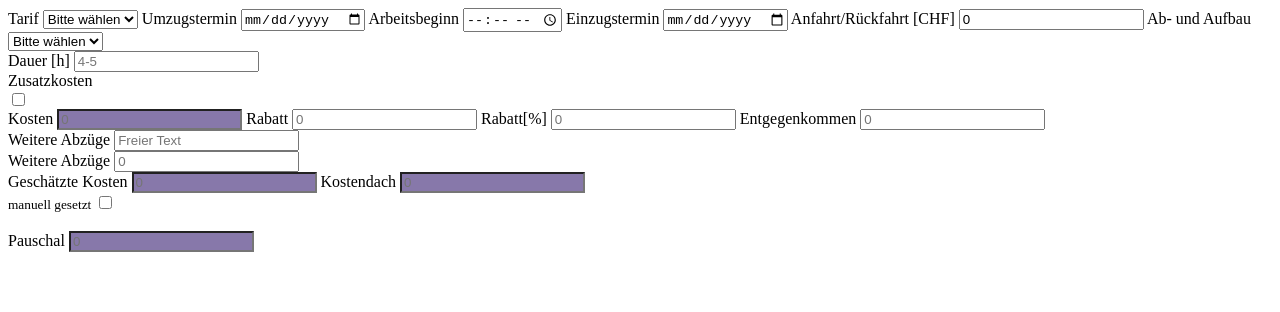
Repository: oguzhansade/SwissTransport
Page: resources/views/front/offer/offerUmzug2.blade.php
An editor plug-in stored every save of this project. The page is shown before and after the next save, followed by the edit.
The browser window is 1280 px wide. The pictures show the whole page.
The page is served by the project's Laravel application, run on PHP 8.4 with Laravel 9. Other server files are loaded and not shown. The template is opened directly, without the code that normally fills it, so the values that code supplies are empty.

Above is the page before, as saved 2023-02-04 14:12:06.

### resources/views/front/offer/offerUmzug2.blade.php
<div class="row p-3">
    <div class="col-md-6">
        <label class=" col-form-label" for="l0">Tarif</label>
        <select class="form-control" class="umzugTariff2" name="umzugTariff" id="umzugTariff" >
            <option data-selection="bos" value>Bitte wählen</option>
            @foreach (\App\Models\Tariff::getList(1) as $key=>$value )
                <option data-selection="0" data-ma="{{ $value['ma'] }}" data-lkw="{{ $value['lkw'] }}" data-an="{{ $value['anhanger'] }}" data-chf ="{{ $value['chf'] }}" value="{{ $value['id'] }}">{{ $value['description'] }}</option>
            @endforeach
        </select>

        <div class="row umzug--tariffs--area umzug-tarif-area" style="display: none;">
            <div class="col">
                <label class=" col-form-label" for="l0">MA</label>
                <input class="form-control"  name="umzug1ma" placeholder="0"  type="number" >
            </div>
            <div class="col">
                <label class=" col-form-label" for="l0">LKW</label>
                <input class="form-control"  name="umzug1lkw" placeholder="0"  type="number" >
            </div>
            <div class="col">
                <label class=" col-form-label" for="l0">Anhänger</label>
                <input class="form-control"  name="umzug1anhanger" placeholder="0"  type="number" >
            </div>
            <div class="col">
                <label class=" col-form-label" for="l0">CHF-Ansatz</label>
                <input class="form-control" id="umzug1chf"  name="umzug1chf" placeholder="0"  type="number" value="0">
            </div>
        </div>

        <label class=" col-form-label" for="l0">Umzugstermin</label>
        <input class="form-control" class="date"  name="umzugausdate"  type="date" >

        <label class=" col-form-label" for="l0">Arbeitsbeginn</label>
        <input class="form-control" class="time"  name="umzug1time"  type="time" >

        <label class=" col-form-label" for="l0">Einzugstermin</label>
        <input class="form-control" class="date"  name="umzugeindate"  type="date" >

        <label class=" col-form-label" for="l0">Anfahrt/Rückfahrt [CHF]</label>
        <input class="form-control" class="date"  name="umzugroadChf"  type="number" value="0">

        <label class=" col-form-label" for="l0">Ab- und Aufbau</label>
        <select class="form-control" class="umzugMontaj" name="umzugMontaj" id="umzugMontaj" >
            <option value="1">Bitte wählen</option>
            <option value="2">Kunde</option>
            <option value="3">Firma</option>
        </select>
    </div>
    <div class="col-md-6">
        <label class="col-form-label" for="l0">Dauer [h]</label>
        <input class="form-control"  name="umzugHours" placeholder="4-5"  type="text" >

        <div class="extra-cost mt-1">
            <label for="" class="col-form-label">Zusatzkosten</label><br>
            <input type="checkbox" name="isExtra" id="isExtra" class="js-switch " data-color="#9c27b0" data-switchery="false" >
        </div>

        <div class="extra--cost--area" style="display: none;">

            <div class="form-group">
                <div class="row">
                    <div class="col-md-7">
                        <div class="checkbox checkbox-rounded checkbox-color-scheme">
                            <label class="checkbox">
                                <input type="checkbox" name="masraf"> <span class="label-text text-dark"><strong>Spesen</strong></span>
                            </label>
                        </div>
                    </div>
                    <div class="col-md-5">
                        <input class="form-control" name="extra1" type="number" value="10">
                    </div>
                </div>

                <div class="row">
                    <div class="col-md-7">
                        <div class="checkbox checkbox-rounded checkbox-color-scheme">
                            <label class="checkbox">
                                <input type="checkbox" name="masraf1"> <span class="label-text text-dark"><strong>Klavier 250.-</strong></span>
                            </label>
                        </div>
                    </div>
                    <div class="col-md-5">
                        <input class="form-control" name="extra2" type="number" value="250">
                    </div>
                </div>

                <div class="row">
                    <div class="col-md-7">
                        <div class="checkbox checkbox-rounded checkbox-color-scheme">
                            <label class="checkbox">
                                <input type="checkbox" name="masraf2"> <span class="label-text text-dark"><strong>Klavier 350.-</strong></span>
                            </label>
                        </div>
                    </div>
                    <div class="col-md-5">
                        <input class="form-control" name="extra3" type="number" value="350">
                    </div>
                </div>

                <div class="row">
                    <div class="col-md-7">
                        <div class="checkbox checkbox-rounded checkbox-color-scheme">
                            <label class="checkbox">
                                <input type="checkbox" name="masraf3"> <span class="label-text text-dark"><strong>Möbellift 0.-</strong></span>
                            </label>
                        </div>
                    </div>
                    <div class="col-md-5">
                        <input class="form-control" name="extra4" type="number" value="0">
                    </div>
                </div>

                <div class="row">
                    <div class="col-md-7">
                        <div class="checkbox checkbox-rounded checkbox-color-scheme">
                            <label class="checkbox">
                                <input type="checkbox" name="masraf4"> <span class="label-text text-dark"><strong>Möbellift 250.-</strong></span>
                            </label>
                        </div>
                    </div>
                    <div class="col-md-5">
                        <input class="form-control" name="extra5" type="number" value="250">
                    </div>
                </div>

                <div class="row">
                    <div class="col-md-7">
                        <div class="checkbox checkbox-rounded checkbox-color-scheme">
                            <label class="checkbox">
                                <input type="checkbox" name="masraf5"> <span class="label-text text-dark"><strong>Möbellift 350.-</strong></span>
                            </label>
                        </div>
                    </div>
                    <div class="col-md-5">
                        <input class="form-control" name="extra6" type="number" value="350">
                    </div>
                </div>

                <div class="row">
                    <div class="col-md-7">
                        <div class="checkbox checkbox-rounded checkbox-color-scheme">
                            <label class="checkbox">
                                <input type="checkbox" name="masraf6"> <span class="label-text text-dark"><strong>Schwergutzuschlag 150.-</strong></span>
                            </label>
                        </div>
                    </div>
                    <div class="col-md-5">
                        <input class="form-control" name="extra7" type="number" value="150">
                    </div>
                </div>

                <div class="row">
                    <div class="col-md-7">
                        <div class="checkbox checkbox-rounded checkbox-color-scheme">
                            <label class="checkbox">
                                <input type="checkbox" name="masraf7"> <span class="label-text text-dark"><strong>Schwergutzuschlag 250.-</strong></span>
                            </label>
                        </div>
                    </div>
                    <div class="col-md-5">
                        <input class="form-control" name="extra8" type="number" value="250">
                    </div>
                </div>

                <div class="row">
                    <div class="col-md-7">
                        <div class="checkbox checkbox-rounded checkbox-color-scheme">
                            <label class="checkbox">
                                <input type="checkbox" name="masraf8"> <span class="label-text text-dark"><strong>Tresor 350.-</strong></span>
                            </label>
                        </div>
                    </div>
                    <div class="col-md-5">
                        <input class="form-control" name="extra9" type="number" value="350">
                    </div>
                </div>

                <div class="row">
                    <div class="col-md-7">
                        <div class="checkbox checkbox-rounded checkbox-color-scheme">
                            <label class="checkbox">
                                <input type="checkbox" name="masraf9"> <span class="label-text text-dark"><strong>Tresor 450.-</strong></span>
                            </label>
                        </div>
                    </div>
                    <div class="col-md-5">
                        <input class="form-control" name="extra10" type="number" value="450">
                    </div>
                </div>

                <div class="row">
                    <div class="col-md-7">
                        <div class="checkbox checkbox-rounded checkbox-color-scheme">
                            <label class="checkbox">
                                <input type="checkbox" name="masraf10"> <span class="label-text text-dark"><strong>Wasserbett</strong></span>
                            </label>
                        </div>
                    </div>
                    <div class="col-md-5">
                        <input class="form-control" name="extra11" type="number" value="500">
                    </div>
                </div>

                <div class="row ">
                    <div class="col-md-7">
                        <input class="form-control"  name="extra12CostText" placeholder="Freier Text"  type="text" >
                    </div>
                    <div class="col-md-5">
                        <input class="form-control"  name="extra12Cost" placeholder="0"  type="number" value="0">
                    </div>
                </div>

                <div class="row mt-3">
                    <div class="col-md-7">
                        <input class="form-control"  name="extra13CostText" placeholder="Freier Text"  type="text" >
                    </div>
                    <div class="col-md-5">
                        <input class="form-control"  name="extra13Cost" placeholder="0"  type="number" value="0">
                    </div>
                </div>
            </div>
        </div>

        <label class="col-form-label mt-1 " for="l0">Kosten</label>
        <input class="form-control" id="umzugCost"  name="umzugCost" placeholder="0"  type="text" style="background-color: #8778aa;color:white;">

        <label class="col-form-label" for="l0">Rabatt</label>
        <input class="form-control"  name="umzugDiscount" placeholder="0"  type="number" >

        <label class="col-form-label" for="l0">Rabatt[%]</label>
        <input class="form-control"  name="umzugDiscountPercent" placeholder="0"  type="number" >

        <label class="col-form-label" for="l0">Entgegenkommen</label>
        <input class="form-control"  name="umzugCompromiser" placeholder="0"  type="number" >

        <div class="row ">
            <div class="col-md-7">
                <label class="col-form-label" for="l0">Weitere Abzüge</label>
                <input class="form-control"  name="umzugExtraDiscountText" placeholder="Freier Text"  type="text" >
            </div>
            <div class="col-md-5">
                <label class="col-form-label" for="l0">Weitere Abzüge</label>
                <input class="form-control"  name="umzugExtraDiscount" placeholder="0"  type="number" >
            </div>
        </div>

        <label class="col-form-label" for="l0">Geschätzte Kosten</label>
        <input class="form-control"  name="umzugTotalPrice" placeholder="0"  type="text" style="background-color: #8778aa;color:white;">

        <label class="col-form-label" for="l0">Kostendach</label>
        <input class="form-control"  name="umzugTopPrice" placeholder="0"  type="number" style="background-color: #8778aa;color:white;">

        <div class="mt-2">
            <small class=" text-primary">manuell gesetzt</small>
            <input type="checkbox" name="isUmzugMTPrice" id="isUmzugMTPrice" class="js-switch mt-1" data-color="#9c27b0" data-size="small" data-switchery="false" >
        </div> <br>


        <label class="col-form-label" for="l0">Pauschal</label>
        <input class="form-control"  name="umzugDefaultPrice" placeholder="0"  type="number" style="background-color: #8778aa;color:white;">
    </div>
</div>

@section('offerFooter1')
{{-- Tarife Fiyatları --}}
<script>
    $("select[name=umzugTariff]").on("change",function () {
        let chf = $(this).find(":selected").data("chf");
        let ma = $(this).find(":selected").data("ma");
        let lkw = $(this).find(":selected").data("lkw");
        let anhanger = $(this).find(":selected").data("an");
        let control = $(this).find(":selected").data('selection');
        let spesen = $("input[name=extra1]").val();
        if (control != 'bos')
        {
        $('.umzug-tarif-area').show(300)

        }
        else
        {
        $('input[name=umzug1chf]').val(0);
        $('input[name=umzug1ma]').val(0);
        $('input[name=umzug1lkw]').val(0);
        $('input[name=umzug1anhanger]').val(0);
        $('.umzug-tarif-area').hide(300)
        }

        $('input[name=umzug1chf]').val(chf);
        $('input[name=umzug1ma]').val(ma);
        $('input[name=umzug1lkw]').val(lkw);
        $('input[name=umzug1anhanger]').val(anhanger);
        spesen = ma * 20;
        $("input[name=extra1]").val(spesen);
    })

</script>
{{-- İlave ücret Aç/kapa --}}
<script>
    var extracostbutton = $("div.extra-cost");
    extracostbutton.click(function(){
        if($(this).hasClass("checkbox-checked"))
        {
            $(".extra--cost--area").show(700);
        }
        else{
            $(".extra--cost--area").hide(500);
        }
    })
</script>
<script>
    $(document).ready(function(){
        umzugCost = 0;
        var umzugTotalPrice = 0;
        var umzugTopPrice = 0;
        var umzugDefaultPrice = 0;
        $('input[name=umzugCost]').on('click',function () {
            if ($('input[name=masraf]').is(":checked")){
               var extra1 = parseFloat($('input[name=extra1]').val());
            }
            else {
                extra1 = 0;
            }
            if ($('input[name=masraf1]').is(":checked")){
               var extra2 = parseFloat($('input[name=extra2]').val());
            }
            else {
                extra2 = 0;
            }
            if ($('input[name=masraf2]').is(":checked")){
                var extra3 = parseFloat($('input[name=extra3]').val());
            }
            else {
                extra3 = 0;
            }
            if ($('input[name=masraf3]').is(":checked")){
                var extra4 = parseFloat($('input[name=extra4]').val());
            }
            else {
                extra4 = 0;
            }
            if ($('input[name=masraf4]').is(":checked")){
                var extra5 = parseFloat($('input[name=extra5]').val());
            }
            else {
                extra5 = 0;
            }
            if ($('input[name=masraf5]').is(":checked")){
                var extra6 = parseFloat($('input[name=extra6]').val());
            }
            else {
                extra6 = 0;
            }
            if ($('input[name=masraf6]').is(":checked")){
                var extra7 = parseFloat($('input[name=extra7]').val());
            }
            else {
                extra7 = 0;
            }
            if ($('input[name=masraf7]').is(":checked")){
                var extra8 = parseFloat($('input[name=extra8]').val());
            }
            else {
                extra8 = 0;
            }
            if ($('input[name=masraf8]').is(":checked")){
                var extra9 = parseFloat($('input[name=extra9]').val());
            }
            else {
                extra9 = 0;
            }
            if ($('input[name=masraf9]').is(":checked")){
                var extra10 = parseFloat($('input[name=extra10]').val());
            }
            else {
                extra10 = 0;
            }
            if ($('input[name=masraf10]').is(":checked")){
                var extra11 = parseFloat($('input[name=extra11]').val());
            }
            else {
                extra11 = 0;
            }

            var extra12Cost = parseFloat($('input[name=extra12Cost]').val());
            var extra13Cost = parseFloat($('input[name=extra13Cost]').val());
            var umzugTotalChf = parseFloat($('input[name=umzugroadChf]').val());

            var chf = $('input[name=umzug1chf]').val();
            var Hours = $('input[name=umzugHours]').val();
            let allHours = Hours.split("-");

            let leftHour = parseFloat(allHours[0]);
            let rightHour = parseFloat(allHours[1]);

            umzugCostLeft = chf * leftHour + extra1+extra2+extra3+extra4+extra5+extra6+extra7+extra8+extra9+extra10+extra11+extra12Cost+extra13Cost+umzugTotalChf;
            umzugCostRight = chf * rightHour + extra1+extra2+extra3+extra4+extra5+extra6+extra7+extra8+extra9+extra10+extra11+extra12Cost+extra13Cost+umzugTotalChf;

            if(rightHour){
                $('input[name=umzugCost]').val(umzugCostRight)
            }
            if(leftHour){
                $('input[name=umzugCost]').val(umzugCostLeft)
            }
            if(leftHour && rightHour ){
                $('input[name=umzugCost]').val(umzugCostLeft+'-'+umzugCostRight)
            }
            if(leftHour == null && rightHour == null)
            {
                $('input[name=umzugCost]').val('')
            }



        })
        $('input[name=umzugTotalPrice]').on('click',function () {
            var chf = $('input[name=umzug1chf]').val();
            var Hours = $('input[name=umzugHours]').val();
            let allHours = Hours.split("-");

            let leftHour = parseFloat(allHours[0]);
            let rightHour = parseFloat(allHours[1]);
            var discount = $('input[name=umzugDiscount]').val();
            var discountPercent = $('input[name=umzugDiscountPercent]').val();
            var compromiser = $('input[name=umzugCompromiser]').val();
            var extraDiscount = $('input[name=umzugExtraDiscount]').val();

            umzugTotalPriceLeft = umzugCostLeft - discount - (umzugCostLeft*discountPercent/100) - compromiser - extraDiscount;
            umzugTotalPriceRight = umzugCostRight - discount - (umzugCostLeft*discountPercent/100) - compromiser - extraDiscount;

            if(rightHour){
                $('input[name=umzugTotalPrice]').val(umzugTotalPriceRight)
            }
            if(leftHour){
                $('input[name=umzugTotalPrice]').val(umzugTotalPriceLeft)
            }
            if(leftHour && rightHour ){
                $('input[name=umzugTotalPrice]').val(umzugTotalPriceLeft+'-'+umzugTotalPriceRight)
            }
            if(leftHour == null && rightHour == null)
            {
                $('input[name=umzugTotalPrice]').val('')
            }
        })

        $('input[name=umzugTopPrice]').on('click',function(){

            var chf = $('input[name=umzug1chf]').val();
            var Hours = $('input[name=umzugHours]').val();
            let umzugTotalPrices = $('input[name=umzugTotalPrice]').val();
            umzugTotalPricesARR = umzugTotalPrices.split("-");
            let umzugTotalPrice = 0;

            leftTotal = parseFloat(umzugTotalPricesARR[0]);
            rightTotal = parseFloat(umzugTotalPricesARR[1]);

            if(leftTotal >= rightTotal)
            {
                umzugTotalPrice = leftTotal;
            }
            else if(rightTotal >= leftTotal)
            {
                umzugTotalPrice = rightTotal;
            }
            else{
                umzugTotalPrice = parseFloat($('input[name=umzugTotalPrice]').val());
            }

            if($('input[name=isUmzugMTPrice]').is(":checked"))
            {
                $('input[name=umzugTopPrice]').val();
            }
            else{
                umzugTopPrice = umzugTotalPrice + parseFloat(chf);
                $('input[name=umzugTopPrice]').val(umzugTopPrice);
            }


            umzugDefaultPrice = umzugTotalPrice + parseFloat(chf);
            $('input[name=umzugDefaultPrice]').val(umzugDefaultPrice);
        })

    })
</script>

@endsection

Loaded but not shown: app/Http/Controllers/Auth/ConfirmPasswordController.php (common file); app/Http/Controllers/Controller.php (common file); app/Models/Tariff.php (30 lines, source omitted); routes/web.php (241 lines, source omitted)

After the next save:
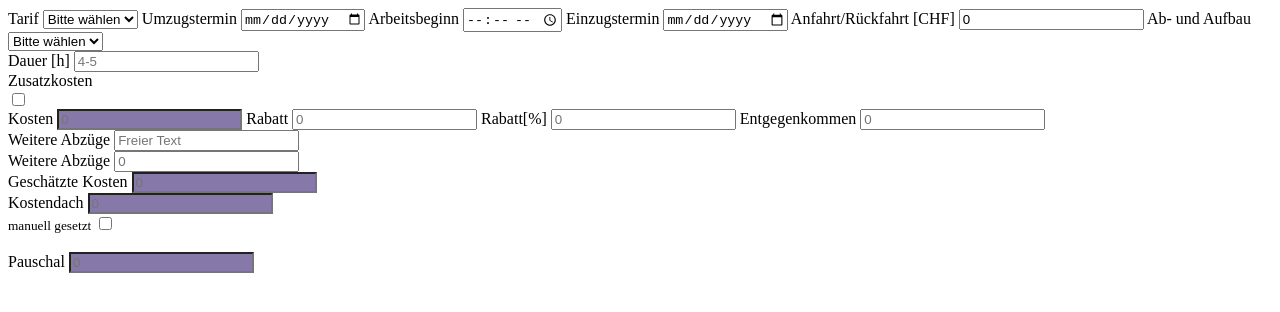
Saved 59 s later.
--- a/resources/views/front/offer/offerUmzug2.blade.php
+++ b/resources/views/front/offer/offerUmzug2.blade.php
@@ -247,13 +247,15 @@
         <label class="col-form-label" for="l0">Geschätzte Kosten</label>
         <input class="form-control"  name="umzugTotalPrice" placeholder="0"  type="text" style="background-color: #8778aa;color:white;">
 
-        <label class="col-form-label" for="l0">Kostendach</label>
-        <input class="form-control"  name="umzugTopPrice" placeholder="0"  type="number" style="background-color: #8778aa;color:white;">
-
-        <div class="mt-2">
-            <small class=" text-primary">manuell gesetzt</small>
-            <input type="checkbox" name="isUmzugMTPrice" id="isUmzugMTPrice" class="js-switch mt-1" data-color="#9c27b0" data-size="small" data-switchery="false" >
-        </div> <br>
+        <div class="kosten-area">
+            <label class="col-form-label" for="l0">Kostendach</label>
+            <input class="form-control"  name="umzugTopPrice" placeholder="0"  type="number" style="background-color: #8778aa;color:white;">
+
+            <div class="mt-2">
+                <small class=" text-primary">manuell gesetzt</small>
+                <input type="checkbox" name="isUmzugMTPrice" id="isUmzugMTPrice" class="js-switch mt-1" data-color="#9c27b0" data-size="small" data-switchery="false" >
+            </div> <br>
+        </div>
 
 
         <label class="col-form-label" for="l0">Pauschal</label>
